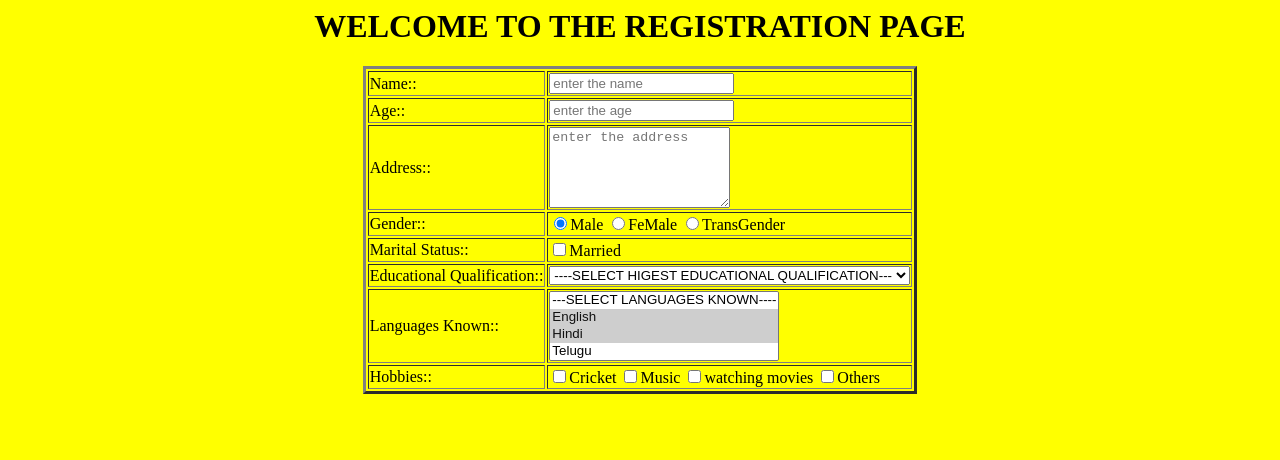
Repository: shivaramkrishna53/SERVLET_PROJECTS
Page: proj12-WorkingWithDifferentFormComponents-RegistrationApp/WebContent/input.html
These files come from the project's save history. The page is drawn as it stood at one moment and after the next save; the edit follows.
The browser window is 1280 px wide. The pictures show the whole page.

Above is the page before, as saved 2021-01-12 14:57:25.

### proj12-WorkingWithDifferentFormComponents-RegistrationApp/WebContent/input.html
<html>
<head>
<title>Registration</title>
</head>
<body bgcolor="yellow">
<center>
<h1 >WELCOME TO THE REGISTRATION PAGE</h1>
<form action="registrationurl" method="post">
<table border="3">
<tr>
<td>Name::</td>
<td>
<input type="text" name="pname" placeholder="enter the name"/>
</td>
</tr>
<tr>
<td>Age::</td>
<td>
<input type="number" name="page" placeholder="enter the age"/>
</td>
</tr>
<tr>
<td>Address::</td>
<td>
<textarea rows="5" cols="20" placeholder="enter the address" name="address"></textarea>
</td>
</tr>
<tr>
<td>Gender::</td>
<td>
<input type="radio" name="gender" value="M" checked>Male
<input type="radio" name="gender" value="F">FeMale
<input type="radio" name="gender" value="T">TransGender
</td>
</tr>
<tr>
<td>Marital Status::</td>
<td>
<input type="checkbox" value="Married">Married
</td>
</tr>
<tr>
<td>
Educational Qualification::
</td>
<td>
<select name="education">
<option>----SELECT HIGEST EDUCATIONAL QUALIFICATION---</option>
<option value="btech">B.TECH</option>
<option value="mbbs">MBBS</option>
<option value="bcom">B.COM</option>
<option value="bpharmacy">B.PHARMACY</option>
</select>
</td>
</tr>
<tr>
<td>Languages Known::</td>
<td>
<select name="languages" multiple>
<option>---SELECT LANGUAGES KNOWN----</option>
<option value="english" selected>English</option>
<option value="hindi" selected>Hindi</option>
<option value="telugu">Telugu</option>
<option value="tamil">Tamil</option>
<option value="bengali">Bengali</option>
<option value="marathi">Marathi</option>
<option value="kanada">Kanada</option>
</select>
</td>
</tr>
<tr>
<td>Hobbies::</td>
<td>
<input type="checkbox" name="hobbies" value="cricket">Cricket
<input type="checkbox" name="hobbies" value="music">Music
<input type="checkbox" name="hobbies" value="watching movies">watching movies
<input type="checkbox" name="hobbies" value="others">Others
</td>
</tr>
</table>
</form>
</center>
</body>
</html>

After the next save:
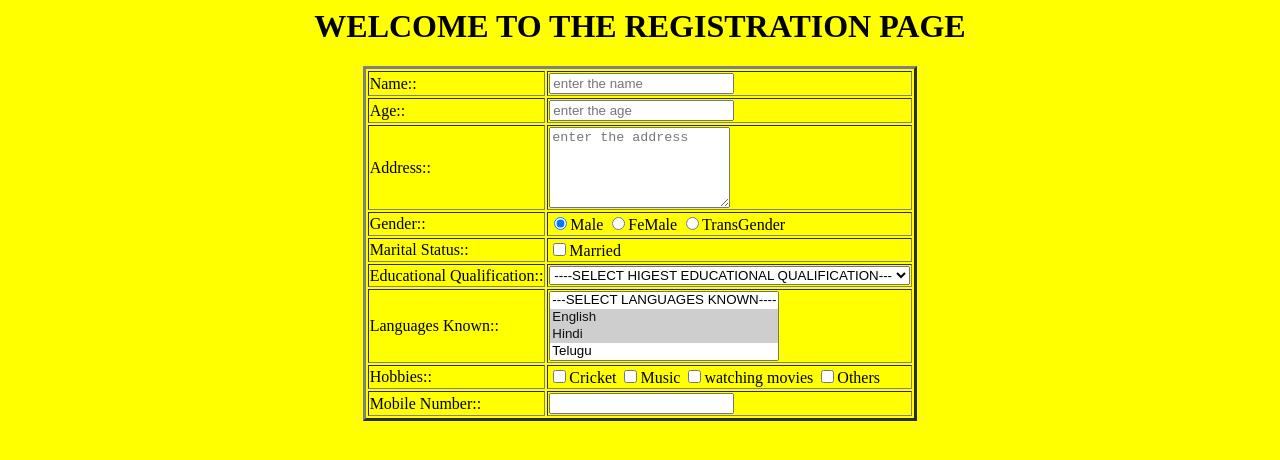
Saved 111 s later.
--- a/proj12-WorkingWithDifferentFormComponents-RegistrationApp/WebContent/input.html
+++ b/proj12-WorkingWithDifferentFormComponents-RegistrationApp/WebContent/input.html
@@ -77,6 +77,12 @@ Educational Qualification::
 <input type="checkbox" name="hobbies" value="others">Others
 </td>
 </tr>
+<tr>
+<td>Mobile Number::</td>
+<td>
+<input type="tel" name="mobile">
+</td>
+</tr>
 </table>
 </form>
 </center>
